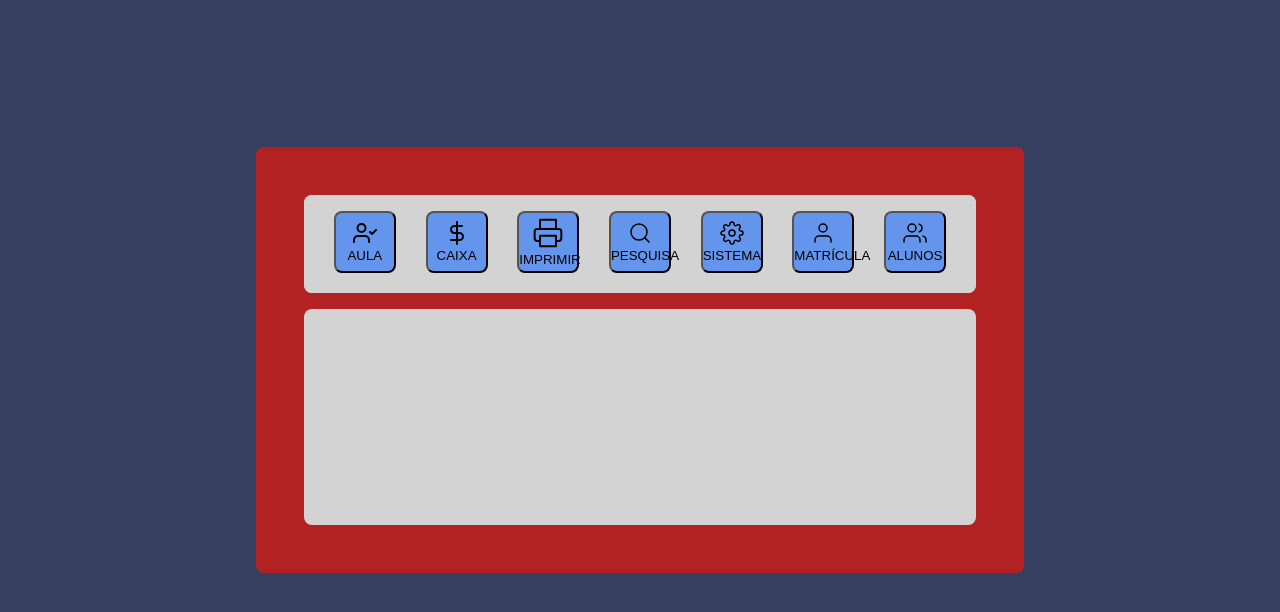
Repository: samantaProspero/projeto_integrador
Page: Versão Atual/PI_Vanila/index.html
An editor plug-in stored every save of this project. The page is shown before and after a run of saves, followed by the edit.
The browser window is 1280 px wide. The pictures show the whole page.

Above is the page before, as saved 2021-11-06 12:37:50.
Not found: Versão Atual/PI_Vanila/js/script.js

### Versão Atual/PI_Vanila/index.html
<!DOCTYPE html>
<html lang="pt-BR">
<head>
  <meta charset="UTF-8">
  <meta http-equiv="X-UA-Compatible" content="IE=edge">
  <meta name="viewport" content="width=device-width, initial-scale=1.0">
  <link rel="stylesheet" type="text/css" href="_css/global.css">
  <link rel="stylesheet" type="text/css" href="_css/style.css">
  <title>D Lions</title>
</head>
<body id="home-container">
  <section class="home-content">
    <nav class="home-icons">
      <div class="home-header-painel">
        <div class="home-buttons">
          <button class="icon">
            <div class="home-button" >
              <img id=aula src="assets/icons/aula.svg">
            </div>
            <p>AULA</p>
          </button>
          <button class="icon">
            <img id=caixa src="assets/icons/dollar.svg">
                <p>CAIXA</p>
          </button>
          <button class="icon">
            <img id=imprimir src="assets/icons/printer.svg">
                <p>IMPRIMIR</p>
          </button>
          <button class="icon">
            <img id=pesquisa src="assets/icons/search.svg">
                <p>PESQUISA</p>
          </button>
          <button class="icon">
            <img id=sistema src="assets/icons/settings.svg">
                <p>SISTEMA</p>
          </button>
          <button class="icon">
            <img id=matricula src="assets/icons/user.svg">
                <p>MATRÍCULA</p>
          </button>
          <button class="icon">
            <img id=alunos src="assets/icons/users.svg">
                <p>ALUNOS</p>
          </button>
        </div>
      </div>

    </nav>
    <div class="lista-alunos">
      <!-- <form id="form-login" action="">
        <div class="input-container">
          <label for="login">Login: </label>
          <input type="text" name="login" id="login">
        </div>
        <div class="input-container">
          <label for="senha">Senha:</label>
          <input type="text" name="senha" id="senha">
        </div>
        <div id="buttons-div">
        <input type="button" value="Login">
        <input type="button" value="Sair">
        </div>
      </form> -->
    </div>
  </section>
  <script src="js/script.js"></script>
</body>
</html>

    <!-- <Container>
      <Content>
        <Icons>
          <Buttons>
            <button type="button" onClick={()=> {}}>
              <Icon>
                <img src={user} alt="matricula" />
              </Icon>
              <p>MATRÍCULA</p>
            </button>
            <button type="button" onClick={()=> {}}>
              <Icon>
                <img src={users} alt="alunos" />
              </Icon>
              <p>ALUNOS</p>
            </button>
            <button type="button" onClick={()=> {}}>
              <Icon>
                <img src={aula} alt="aula" />
              </Icon>
              <p>AULA</p>
            </button>
            <button type="button" onClick={()=> {}}>
              <Icon>
                <img src={dollar} alt="caixa" />
              </Icon>
              <p>CAIXA</p>
            </button>
            <button type="button" onClick={()=> {}}>
              <Icon>
                <img src={printer} alt="print" />
              </Icon>
              <p>IMPRIMIR</p>
            </button>
            <button type="button" onClick={()=> {}}>
              <Icon>
                <img src={search} alt="pesquisa" />
              </Icon>
              <p>PESQUISA</p>
            </button>
            <button type="button" onClick={()=> {}}>
              <Icon>
                <img src={settings} alt="sistema" />
              </Icon>
              <p>SISTEMA</p>
            </button>
          </Buttons>
        </Icons>
        <ListaAlunos>
          {/* <table>
            <thead>
              <th>Código</th>
              <th>Nome</th>
              <th>Telefone</th>
              <th>Email</th>
            </thead>
            <tbody></tbody>
            <tr>
              <td>{cliente[0].codigo}</td>
              <td>{cliente[0].nome}</td>
              <td>{cliente[0].telefone}</td>
              <td>{cliente[0].email}</td>
            </tr>
            <tr>
              <td>{cliente[1].codigo}</td>
              <td>{cliente[1].nome}</td>
              <td>{cliente[1].telefone}</td>
              <td>{cliente[1].email}</td>
            </tr>
          </table> */}
        </ListaAlunos>
      </Content>
    </Container> -->

### Versão Atual/PI_Vanila/_css/global.css
  :root{
    --red: #E52E4D;
    --green: #33CC95;
    --blue: #5429CC;
    --blue-light: #6933FF;
    --text-title: #363F5F;
    --text-body: #969CB2;
    --background: #f0f2f5;
    --shape: #FFFFFF;
    --primary_dark: #363F5F;
  --secondary_dark: #000000;
    --primary: #FF0000;
    --bg_home: #B22222;
    --bg_cadastro:#A52A2A;
    --icon: #6495ED;
    --bg_frame: #D3D3D3;
  }
  /* font verdana 8 bold */

  *{
    margin: 0;
    padding: 0;
    box-sizing: border-box;
  }

  /* // font-size: 16px (Desktop) */
  html{
    @media (max-width: 1080px){
      font-size: 93.75%; //15px
    }
    @media (max-width: 720px){
      font-size: 87.5%;  //14px
    }
  }
  /* //REM = 1rem = 16px */
  body{
    background: var(--primary_dark);
    -webkit-font-smoothing: antialiased;
  }

  body, input, textarea, button {
    font-family: 'Poppins', sans-serif;
    font-weight: 400;
  }

  h1, h2, h3, h4, h5, h6, strong {
    font-weight: 600;
  }

  button {
    cursor: pointer;
  }



  /* [disabled] {
    opacity: 0.6;
    cursor: not-allowed;
  }

  .react-modal-overlay{
    background: rgba(0,0,0,0.5);
    position: fixed;

    top: 0;
    bottom: 0;
    right: 0;
    left: 0;

    display: flex;
    align-items: center;
    justify-content: center;
  }

  .react-modal-content{
    width: 100%;
    max-width: 576px;
    background: var(--background);
    padding: 3rem;
    position: relative;
    border-radius: 0.25rem;
  }

  .react-modal-close{
    position: absolute;
    right: 1.5rem;
    top: 1.5rem;
    border: 0;
    background: transparent;
    transition: 0.2s; */

    /* &:hover{
      filter: brightness(0.9)
    }
  } */

### Versão Atual/PI_Vanila/_css/style.css
#home-container {
width: 100vw;
height: 100vh;
background-color: var(--primary_dark);
display: flex;
/* flex-direction: column; */
align-items: center;
justify-content: center;
}
.home-content {
width: 60vw;
max-width: 1000px;
/* margin: 0 auto; */
display: flex;
flex-direction: column;
justify-content: center;
align-items: center;
padding: 3rem;
border-radius: 8px;
background-color: var(--bg_home);
}
.home-icons {
width: 100%;
/* display: flex; */
/* flex-direction: rows; */
/* justify-content: center; */
/* align-items: flex-start; */
}
.home-header-painel {
  width: 100%;
  background-color: var(--bg_frame);
  display: flex;
  flex-direction: row;
  flex: 1;
  justify-content: space-between;
  align-items: center;
  border-radius: 8px;
}
.home-buttons {
width: 100%;
background-color: var(--bg_frame);
display: flex;
justify-content: space-around;
align-items: flex-start;
padding: 15px;
border-radius:  8px;

padding-top: 0.7rem;
}
.home-buttons button{
  width: 62px;
  height: 62px;
  margin: 5px;
  border-radius:  8px;
  background-color: var(--icon);
}
.
width: 100%;
height: 100%;
display: flex;
align-items: center;
justify-content: center;
  img{
  width: 2rem;
  height: 2rem;
  };
`;

.home-buttons p{
    font-weight: bold;
    font-size: 10px;
    padding-top: 5px;
  }


.lista-alunos {
width: 100%;
height: 30vh;
background-color: var(--bg_frame);
display: flex;
justify-content: center;
align-items: flex-start;
border-radius: 8px;
margin-top: 1rem;
padding-top: 1rem;
}

After the next 2 saves:
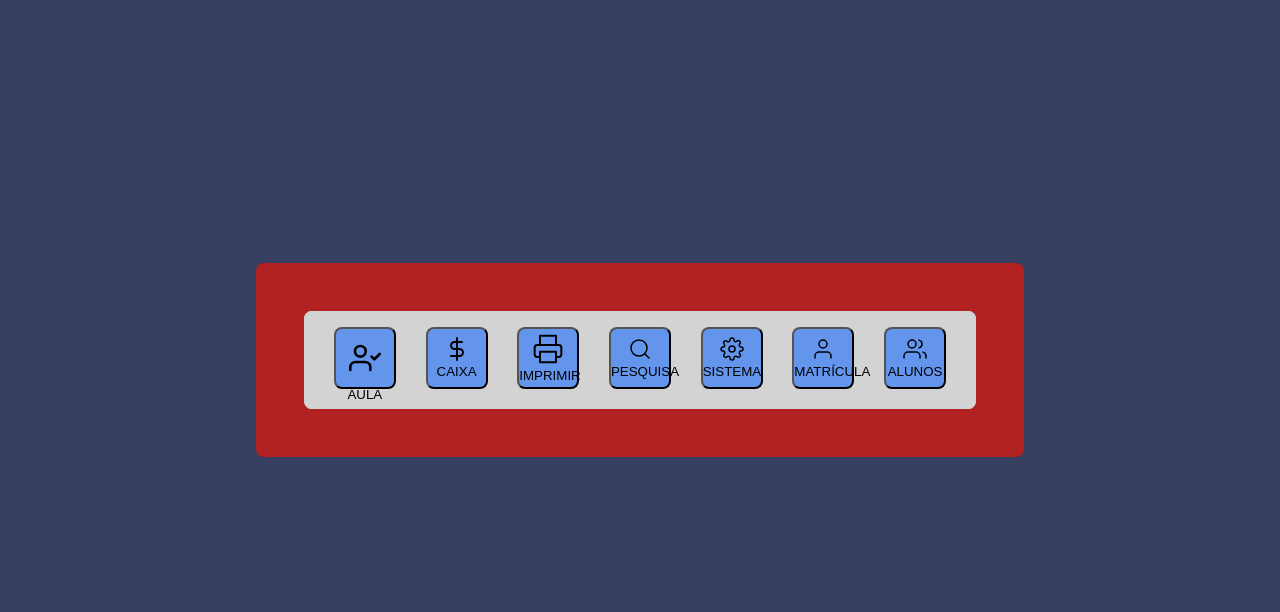
The 2 saves are shown as one change because they came seconds apart.
The last was saved 10 s later.
--- a/Versão Atual/PI_Vanila/_css/style.css
+++ b/Versão Atual/PI_Vanila/_css/style.css
@@ -54,7 +54,7 @@ padding-top: 0.7rem;
   border-radius:  8px;
   background-color: var(--icon);
 }
-.
+.home-button{
 width: 100%;
 height: 100%;
 display: flex;

After the 2 saves that followed:
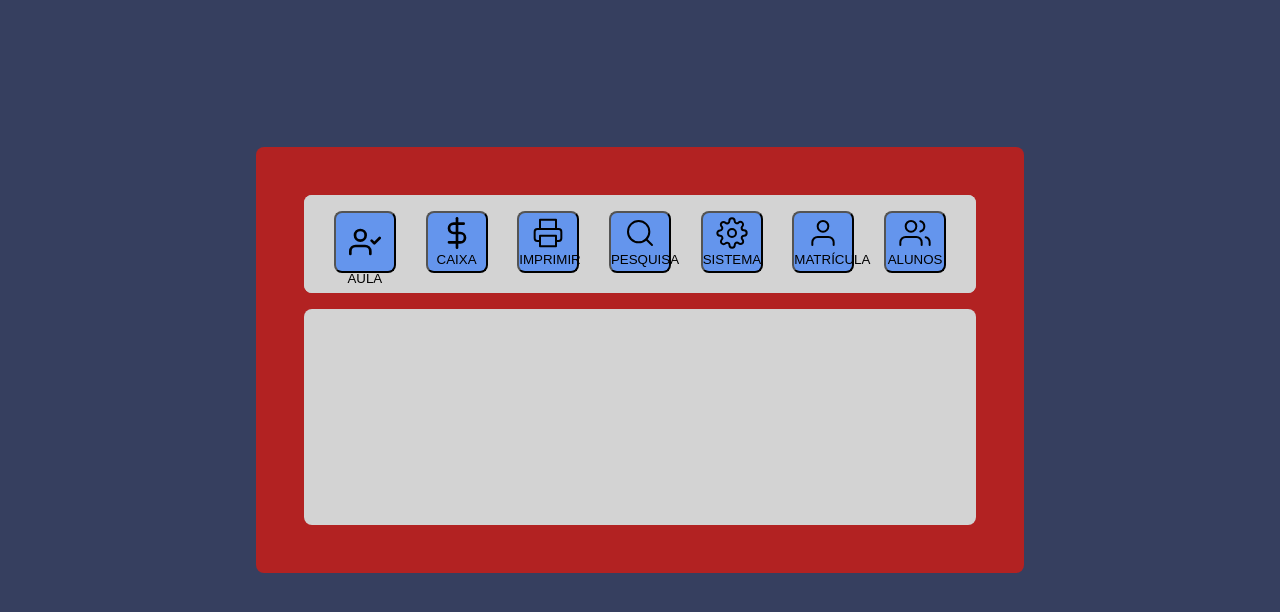
The 2 saves are shown as one change because they came seconds apart.
The last was saved 9 s later.
--- a/Versão Atual/PI_Vanila/_css/style.css
+++ b/Versão Atual/PI_Vanila/_css/style.css
@@ -60,6 +60,7 @@ height: 100%;
 display: flex;
 align-items: center;
 justify-content: center;
+}
   img{
   width: 2rem;
   height: 2rem;
